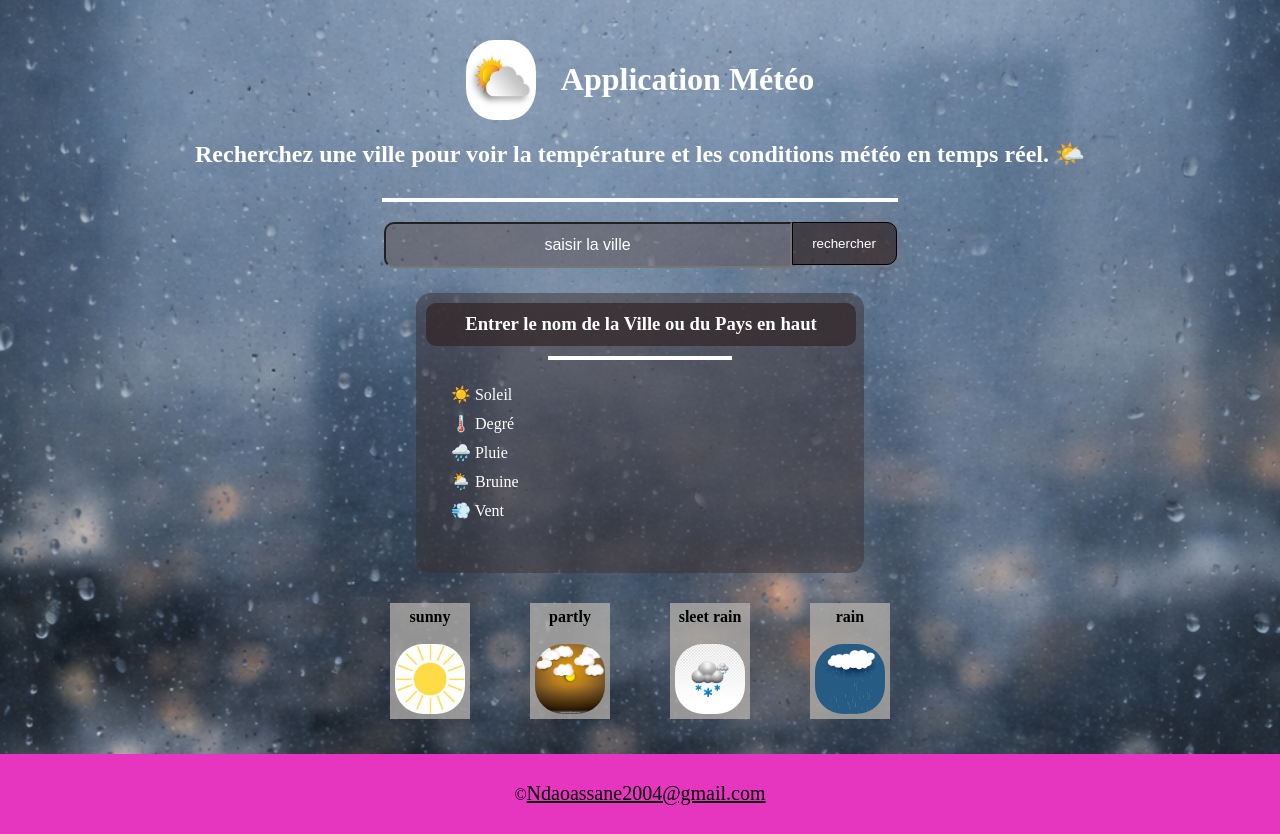
Repository: assanendao171/meteo
Page: index.html
An editor plug-in stored every save of this project. The page is shown before and after the next save, followed by the edit.
The browser window is 1280 px wide. The pictures show the whole page.

Above is the page before, as saved 2026-03-16 13:30:07.

After the next save:
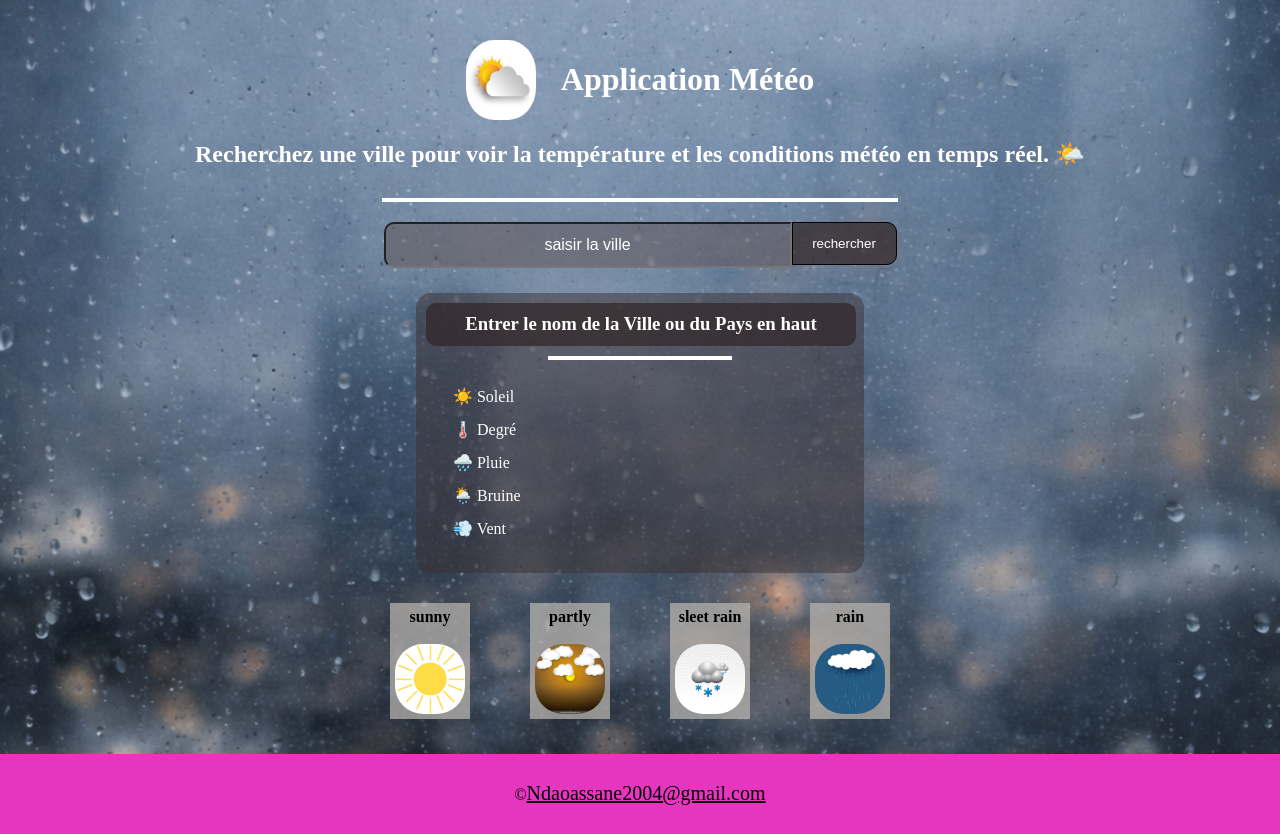
Saved 5 s later.
--- a/meteo2.css
+++ b/meteo2.css
@@ -102,7 +102,7 @@ color: white;
 }
 #emoji{
   font-size: 1rem;
-   margin: 5px;
+   margin: 7px;
 }
 #enfant{
   background-color: rgba(184, 180, 175, 0.733);
